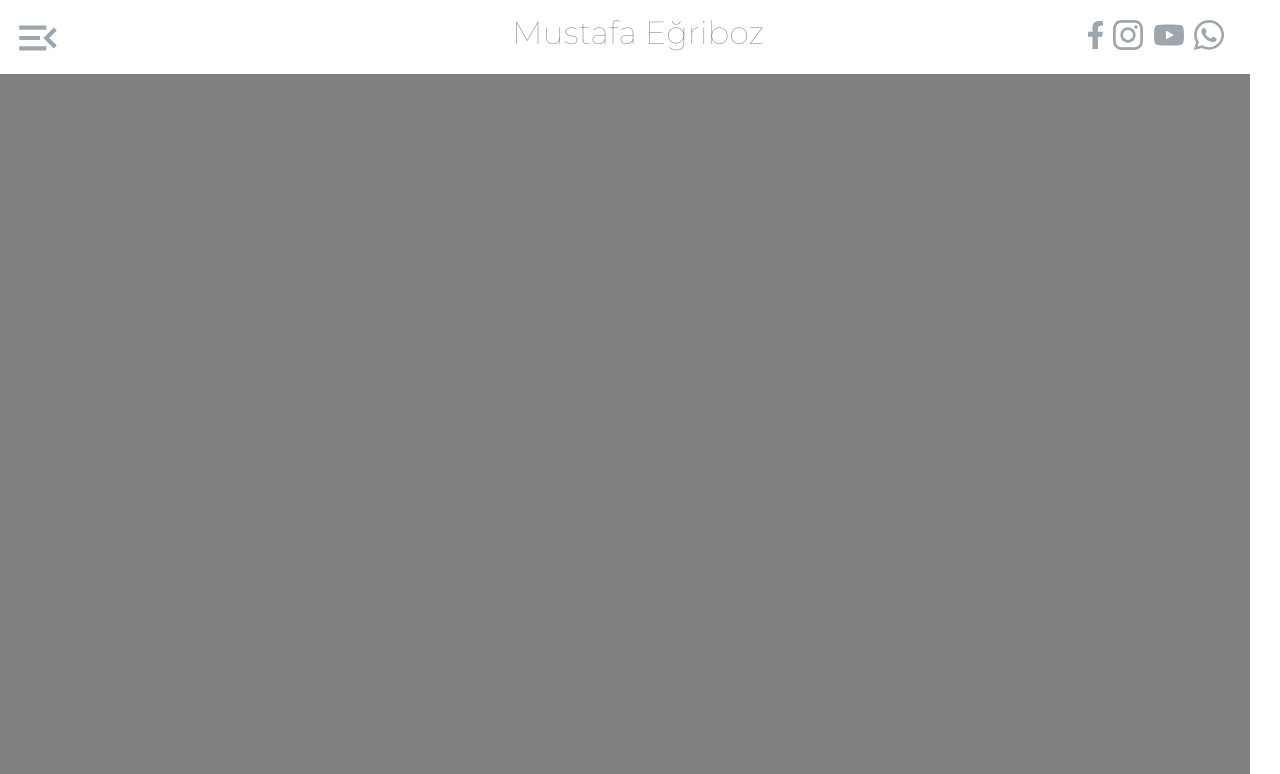
Repository: CengoCengo/m.e-gallery-web-site
Page: index.html
The author's editor kept a copy of each file at every save. The page is drawn from the files as they stood at one save, then again after the next save.
The browser window is 1280 px wide. The pictures show the whole page.

Above is the page before, as saved 2021-02-06 18:28:06.
Console error: TypeError: Cannot read properties of null (reading 'style')

### index.html
<!DOCTYPE html>
<html lang="en">
  <head>
    <meta charset="UTF-8" />
    <meta name="viewport" content="width=device-width, initial-scale=1.0" />
    <link rel="stylesheet" href="styles/style.css" />
    <link rel="preconnect" href="https://fonts.gstatic.com" />
    <link rel="preconnect" href="https://fonts.gstatic.com">
    <link href="https://fonts.googleapis.com/css2?family=Montserrat:wght@100&display=swap" rel="stylesheet">

    <title>Mustafa Eğriboz</title>
  </head>
  <body>
    <!-- Navigator -->
    <div class="menu-container">
      <img
        id="icon-menu"
        src="images/icon/menu_open-black-18dp.svg"
        alt="icon-menu"

      />
      <h1 class="name">Mustafa Eğriboz</h1>

      <div class="social-media-container icon-social">
        <a class="icon-social" href=""
          ><img alt="Qries" src="images/icon/facebook-f-brands.svg" width=15"
          height="70"></a
        >

        <a class="icon-social" href=""
          ><img alt="Qries" src="images/icon/instagram-brands.svg" width=30"
          height="70"></a
        >

        <a class="icon-social"  href=""
          ><img alt="Qries" src="images/icon/youtube-brands.svg" width=30"
          height="70"></a
        >

        <a class="icon-social" href=""
          ><img alt="Qries" src="images/icon/whatsapp-brands.svg" width=30"
          height="70"></a
        >
      </div>
    </div>

    <!-- Slider -->

    <div class="slider-container">
      <div class="slider"></div>
    </div>

    <script type="text/javascript" src="js/script.js"></script>
  </body>
</html>

### styles/style.css
*{
    margin: 0;
    padding: 0;
    font-family:  'Montserrat', sans-serif;
    font-weight: 900;




}


.menu-container{
    display: inline-block;
    position: relative;
    width: 100%;
    height: auto;

}

#icon-menu{
    display: inline-block;
    width: 50px;
    position: absolute;
    margin-top: 1%;
    margin-left: 1%;





}

h1.name{
    display: inline-block;
    font-weight: 200;
    position: absolute;
    margin-top: 1%;
    left: 40%;
    color:#8e8e8e;


}

.social-media-container{
    display: inline;
    position: relative;
    width: 100%;
    left: 84%;



}

.icon-social{
    margin-left: 0.5%;
}




.slider{
    background-color: grey;
    width: 1250px;
    height: 700px;

}

### js/script.js
var x = document.querySelector("p");
x.style.backgroundColor = "red";

After the next save:
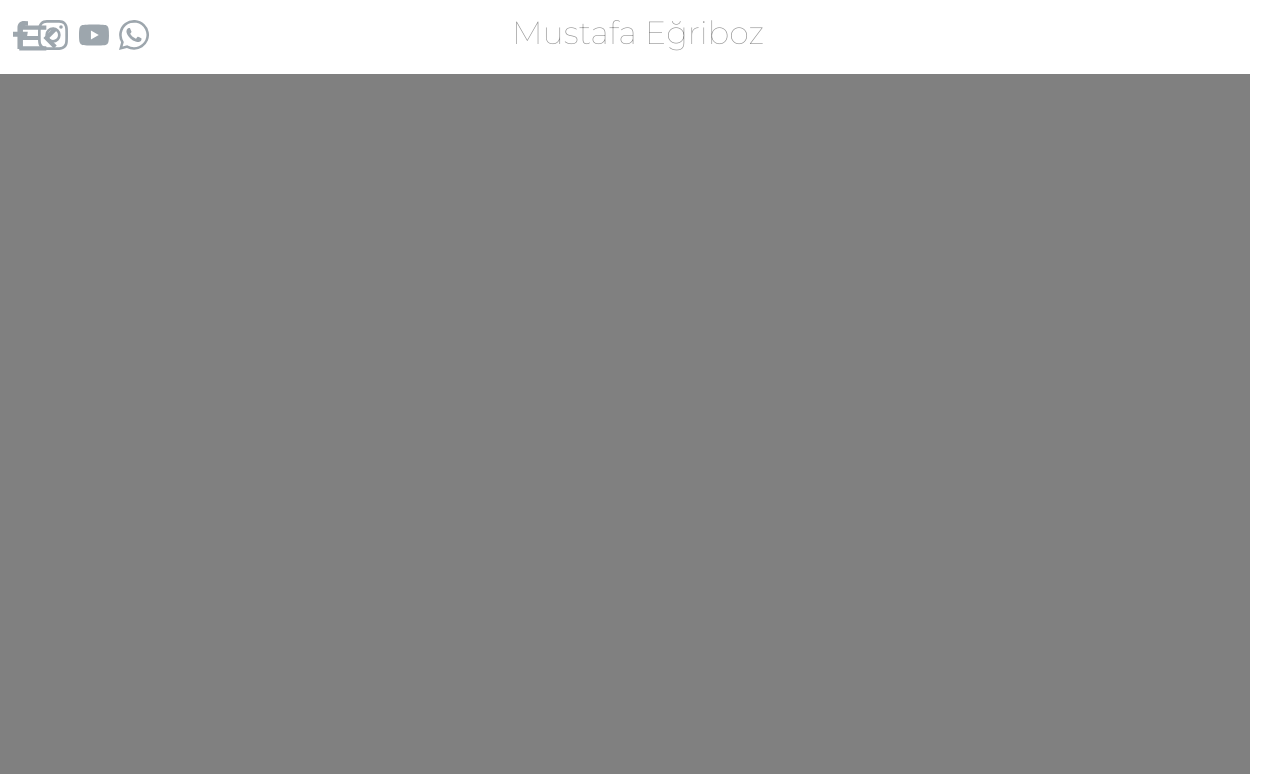
Saved 22 s later.
--- a/styles/style.css
+++ b/styles/style.css
@@ -46,7 +46,7 @@
     display: inline;
     position: relative;
     width: 100%;
-    left: 84%;
+    left: 84,5%;
 
 
 

After the save that followed:
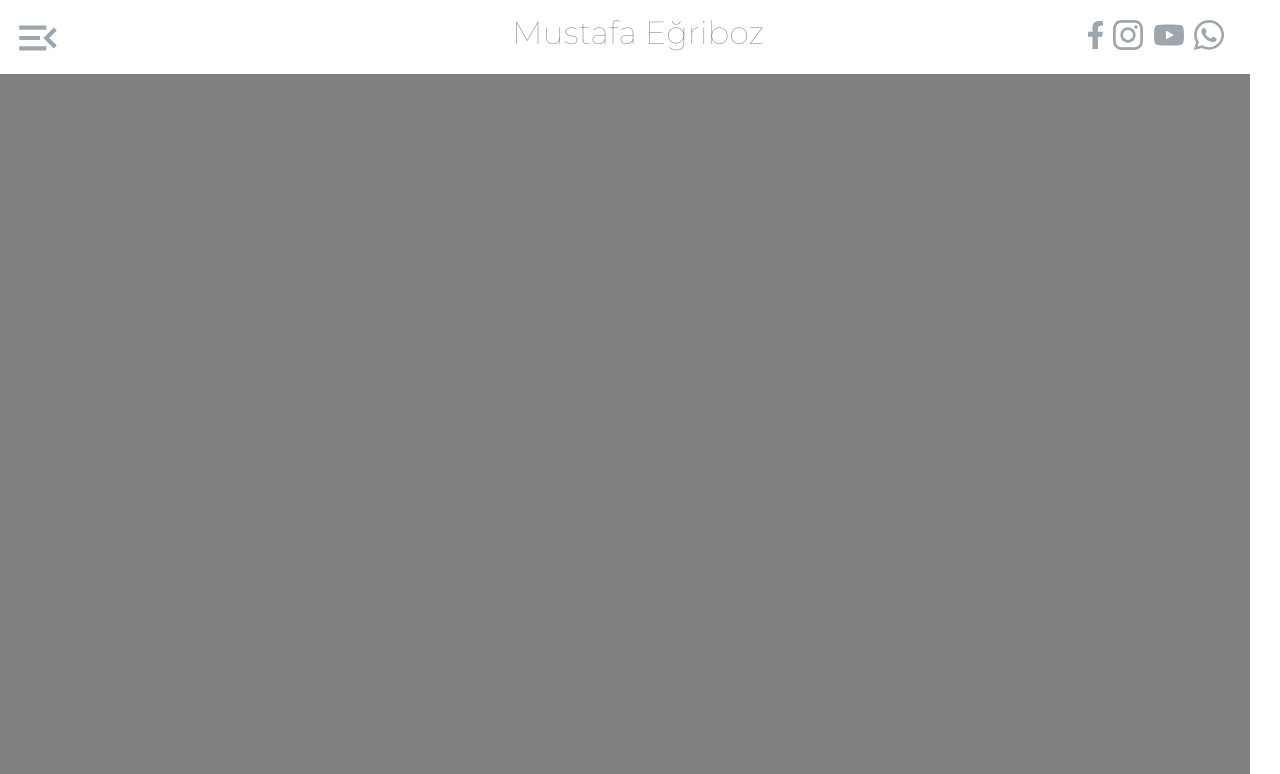
Saved 5 s later.
--- a/styles/style.css
+++ b/styles/style.css
@@ -46,7 +46,7 @@
     display: inline;
     position: relative;
     width: 100%;
-    left: 84,5%;
+    left: 84%;
 
 
 
